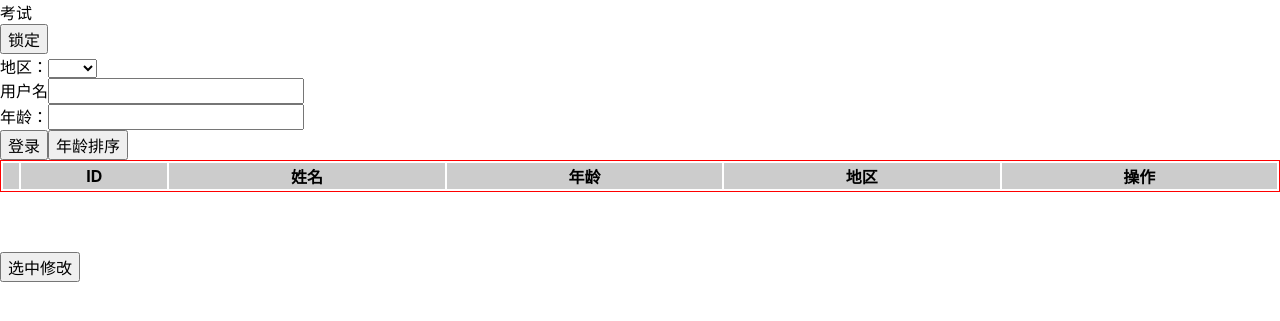
Repository: Sjl-2114/2006z
Page: / (app in A卷/vue-kaoshi/)
The author's editor kept a copy of each file at every save. The page is drawn from the files as they stood at one save, then again after a run of saves.
The browser window is 1280 px wide. The pictures show the whole page.
The project was rebuilt for these pictures with package versions that can differ from the ones it lists, and the page was loaded fresh each time.

Above is the page before, as saved 2021-04-28 17:10:15.

After the next 4 saves:
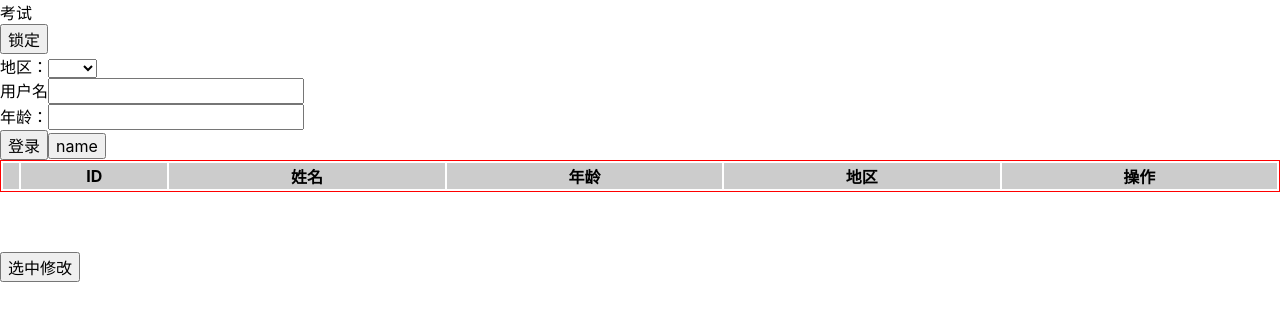
The 4 saves are shown as one change because they came seconds apart.
The last was saved 30 s later.
--- a/A卷/vue-kaoshi/src/App.vue
+++ b/A卷/vue-kaoshi/src/App.vue
@@ -24,7 +24,9 @@
     <br />
     <button @click="abb" v-if="isShow" :disabled="isT">登录</button>
     <button v-else @click="xiu" :disabled="isT">修改</button>
-    <button @click="pai">年龄排序</button>
+    <button @click="pai">
+          name
+    </button>
     <br />
     <table style="width: 100%" class="table">
       <thead>
